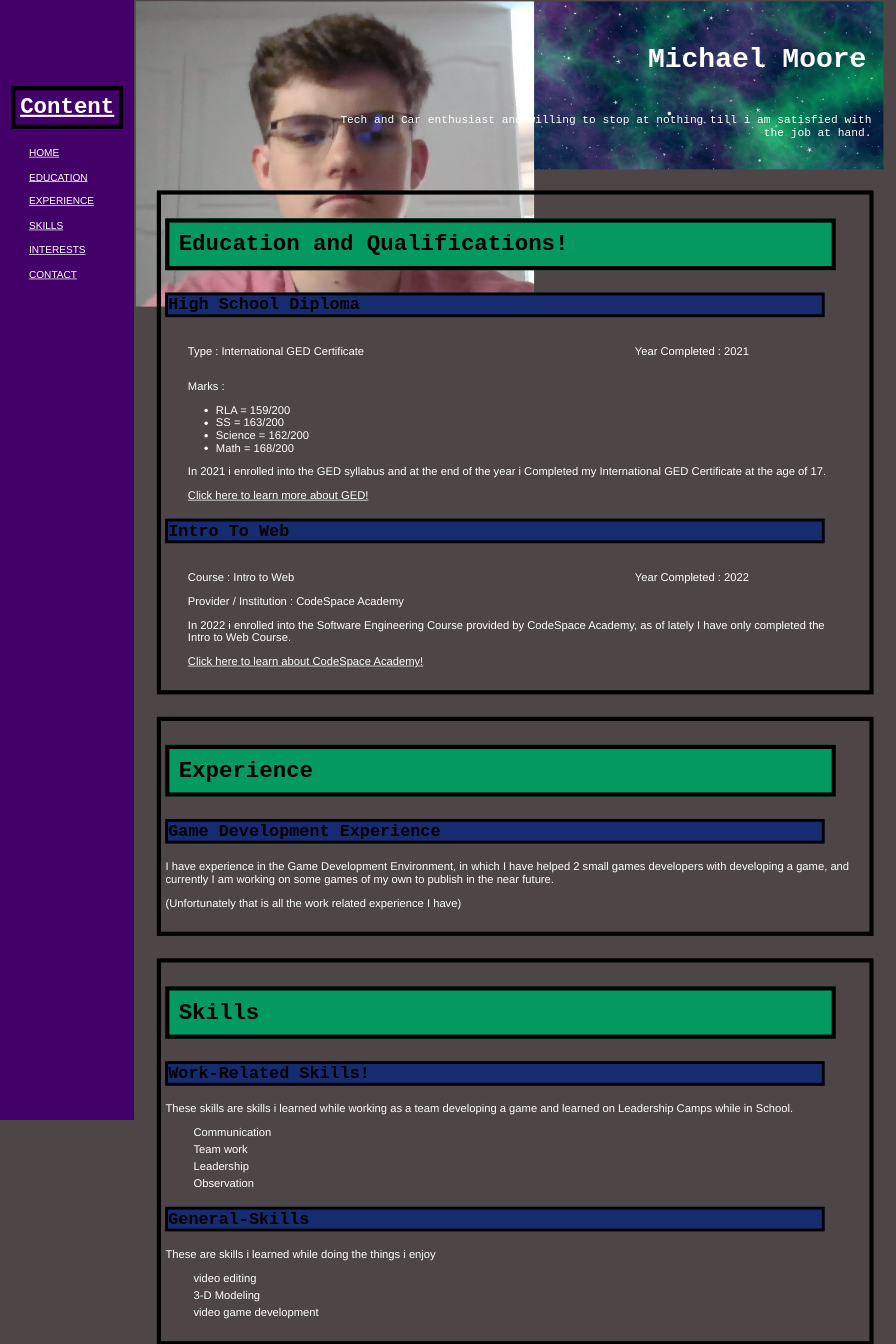
Repository: MikeMoore55/MichaelMooreResumeProject
Page: Resume.html
The author's editor kept a copy of each file at every save. The page is drawn from the files as they stood at one save, then again after the next save.
The browser window is 1280 px wide. The pictures show the part of the page from y = 0 to 1920 px (the page is 2882 px tall), at 70% of full size.

Above is the page before, as saved 2022-02-12 12:23:08.

### Resume.html
<!DOCTYPE html>
<html lang="en">
<head>

    <meta charset="UTF-8">
    <meta http-equiv="X-UA-Compatible" content="IE=edge">
    <meta name="viewport" content="width=device-width, initial-scale=1.0">
    <title>MichaelMooreResume</title>
    <link rel="stylesheet" type="text/css" href="css/stylesheet.css">

</head>

<body>

    <header id="home">

        <img id="profilePic" src="/images/WIN_20220212_12_21_20_Pro (2).jpg" alt="Picture of Michael Moore">

        <h1 id="name">
            Michael Moore
        </h1>

        <p id="personalDiscrition">
            Tech and Car enthusiast and willing to stop at nothing till i am satisfied with the job at hand.
        </p>

    </header>


    <nav>

        <div id="nav-container">

            <h2>
                Content
            </h2>

            <ol id="nav-list">
                <li id="navList-style"><a class="nav-link" href="#home"> HOME</a></li>
                <li id="navList-style"><a class="nav-link" href="#education">EDUCATION</a></li>
                <li id="navList-style"><a class="nav-link" href="#experience">EXPERIENCE</a></li>
                <li id="navList-style"><a class="nav-link" href="#skill">SKILLS</a></li>
                <li id="navList-style"><a class="nav-link" href="#intrest">INTERESTS</a></li>
                <li id="navList-style"><a class="nav-link" href="#contact">CONTACT</a></li>
            </ol>

        </div>

    </nav>


    <section>
        <article>

            <!-- [to michael] this is the education section -->

            <div id="education" class="content-box">

                <h3>
                    Education and Qualifications!
                </h3>

                <h4>
                    High School Diploma
                </h4>

                <div id="highschoolcontent-container">

                    <p id="type-container" > Type : International GED Certificate</p>

                    <p id="year-container" >Year Completed : 2021</p>

                </div>

                <div class="Second-box" > Marks :
                        <ul>
                            <li>RLA = 159/200</li>
                            <li>SS = 163/200</li>
                            <li>Science = 162/200</li>
                            <li>Math = 168/200</li>
                        </ul>
                </div>

                <p class="EducationDescription-container">
                        In 2021 i enrolled into the GED syllabus and at the end of the year i Completed my International GED Certificate at the age of 17.
                </p>

                <p>
                    <a id="GedLink" href="https://ged.com/blog/what-is-a-ged/" target="_blank">Click here to learn more about GED!</a>
                </p>

                <h4>
                    Intro To Web
                </h4>

                <div id="Course-container">

                    <p id="typeCourse-container">Course : Intro to Web</p>
                    <p id="CourseYear-container">Year Completed : 2022</p>

                </div>

                <p class="Second-box">
                    Provider / Institution : CodeSpace Academy
                </p>

                <p class="EducationDescription-container">
                        In 2022 i enrolled into the Software Engineering Course provided by CodeSpace Academy, as of lately I have only completed the Intro to Web Course.
                </p>

                <p>
                    <a id="CodeSpaceLink" href="https://codespace.co.za/course/software-engineering/" target="_blank">Click here to learn about CodeSpace Academy!</a>
                </p>

            </div>

            <!-- [to michael] this is the experience section -->

            <div id="experience" class="content-box">

                <h3>
                    Experience
                </h3>

                <h4>
                        Game Development Experience
                </h4>

                <p>
                I have experience in the Game Development Environment, in which I have helped 2 small games developers with developing a game, and currently I am working on some games of my own to publish in the near future.
                </p>

                <p>
                    (Unfortunately that is all the work related experience I have)
                </p>

            </div>

            <!-- [to michael] this is skills section -->

            <div id="skill" class="content-box">

                <h3>
                    Skills
                </h3>

                <h4>Work-Related Skills!</h4>

                <p>
                    These skills are skills i learned while working as a team developing a game and learned on Leadership Camps while in School.
                    <ul>
                        <li id="skills-List" >Communication</li>
                        <li id="skills-List" >Team work</li>
                        <li id="skills-List" >Leadership</li>
                        <li id="skills-List" >Observation</li>
                    </ul>
                </p>

                <h4>General-Skills</h4>

                <p>
                    These are skills i learned while doing the things i enjoy
                    <ul>
                        <li id="skills-List" >video editing</li>
                        <li id="skills-List" >3-D Modeling</li>
                        <li id="skills-List" >video game development</li>
                    </ul>
                </p>

            </div>

            <!-- [to michael] this is the skills section -->

            <div id="intrest" class="content-box">

                <h3>
                    Interests
                </h3>

                <p>
                    <ul>
                        <li id="intrest-List" >Cars</li>
                        <li id="intrest-List" >Technology</li>
                        <li id="intrest-List" >AI</li>
                        <li id="intrest-List" >Robotics</li>
                        <li id="intrest-List" >Gaming</li>
                        <li id="intrest-List" >Game Development</li>
                    </ul>
                </p>

            </div>
        </article>

    </section>


    <footer id="contact">

        <div id="footerHeadings-container">

            <h5 id="contact-style">Contact me here:</h5>

            <h5 id="social-style">Follow the socials here:</h5>

        </div>

        <div id="contactANDsocialDetails-container">

            <div id="contactDeatils-container">

                <a href="mailto:michaelwillemmoore@gmail.com" target="_blank" >
                <img id="linkImg-mail" src="/images/mail.jpeg.png" alt="email me michaelwillemmoore@gmail.com">
                </a>

                <a href="tel:+27792363841" target="_blank" >
                <img id="linkImg-phone" src="/images/smartphone-5484616.png" alt="phone me 079 236 3841">
                </a>

            </div>

            <div id="socialDetails-container">

                <a href="https://www.instagram.com/the1theonly_michaelmoore/" target="_blank" >
                <img id="linkImg-instagram" src="/images/instagram.jpeg.png" alt="instagram at the1theonly_michaelmoore">
                </a>


                <a href="https://www.linkedin.com/in/michael-moore-66a249231/" target="_blank" >
                <img id="linkImg-linkdin" src="/images/linkden.jpeg.png" alt="linkedin at Michael Moore">
                </a>

            </div>

        </div>

    </footer>

</body>

</html>

### css/stylesheet.css
*{box-sizing: border-box;}

body{
    background-color: rgb(78, 70, 70);
}

header{
    background-image: url(../images/stars-1014109.jpg);
    background-size: cover;
    position: absolute;
    z-index: 0;
    left: 12em;
    top: 0;
    right: 0;
    width: 66.8em;
    height: 15em;
    margin: .1em .1em .1em .1em;
}

#profile-Pic{
    border-radius: 50%;
    width: 5em;
    margin: 2em 2em 2em 2em;
}

#name {
    position: absolute;
    left: 18em;
    top: 0em;
    color: white;
    font-family: 'Courier New', Courier, monospace;
    font-size: 2.5em;
    text-align: right;
    margin: 1em .1em .1em .1em;
    padding: .5em .2em .5em .2em;
}

#personalDiscrition{
    position: absolute;
    left: 17em;
    top: 9.5em;
    color: white;
    font-family: 'Courier New', Courier, monospace;
    font-size: 1em;
    text-align: right;
    margin: .1em .9em .1em .1em;
    padding: .5em .2em .5em .2em;
}


/*the nav-container to shape and size*/
#nav-container{
    background-color: rgb(67, 0, 105);
    position: fixed;
    z-index: 0;
    left: 0;
    top: 0;
    bottom: 0;
    height: 100em;
    width: 12em;
    margin: 0 0 0 0;
    padding: 0 0 0 0;

}

/* heading in nav */
h2{
    position: relative;
    top:3em;
    color: rgb(255, 255, 255);
    font-family: 'Courier New', Courier, monospace;
    font-size: 2em;
    text-align: center;
    margin-bottom: 2em;
    margin-left: .5em;
    margin-right: .5em;
    border: solid 0.2em black;
    padding: .2em .2em .2em .2em;
    text-decoration-line: underline;
}



#nav-list{
    position: relative;
    top: 4em;
    color: white;
    list-style: none;
    font-family: 'Franklin Gothic Medium', 'Arial Narrow', Arial, sans-serif;
    font-size: 0.9em;
    text-align: left;

}

#navList-style {
    margin-bottom: 1.3em;
    margin-right: 3em;
    margin-left: .1em;
    text-align: left;

}

.nav-link{
    color: rgb(255, 255, 255);

}

.nav-link:hover{
    background-color: rgb(250, 250, 250);
    color: rgb(0, 0, 0);
    font-size: 1.5em;
    border: solid 0.1em black;
    padding: .1em .1em .1em .1em;
    margin-right: 1em;
    margin-left: -0.5em;
}

section{
    position: absolute;
    top: 15em;
    left: 12em;
    bottom: 15em;
}

.content-box{
    margin: 2em 2em 2em 2em;
    border: solid .4em black;
    padding: .1em 1em 1em .4em;
}

h3{
    background-color: rgb(4, 153, 96);
    margin: 1em 1em 1em 0;
    padding:.4em .4em .4em .4em;
    border: solid .2em black;
    font-size: 2em;
    font-family: 'Courier New', Courier, monospace;
}

h4{
    background-color: rgb(23, 44, 112);
    margin: 1em 2em 1em 0;
    border: solid .2em black;
    font-family: 'Courier New', Courier, monospace;
    font-size: 1.5em;

}

#GedLink {
    color: white;
    font-family: 'Franklin Gothic Medium', 'Arial Narrow', Arial, sans-serif;
    font-size: 1em;
    margin: 2em;
}

#GedLink:hover{
    background-color: rgb(171, 38, 175);
    color: rgb(245, 245, 245);
    font-size: 1.2em;
    font-family: 'Franklin Gothic Medium', 'Arial Narrow', Arial, sans-serif;
    border: solid 0.1em rgb(255, 253, 253);
    padding: .1em .1em .1em .1em;

}

#CodeSpaceLink{
    color: white;
    font-family: 'Franklin Gothic Medium', 'Arial Narrow', Arial, sans-serif;
    font-size: 1em;
    margin: 2em;
}

#CodeSpaceLink:hover{
    background-color: rgb(171, 38, 175);
    color: rgb(245, 245, 245);
    font-size: 1.2em;
    font-family: 'Franklin Gothic Medium', 'Arial Narrow', Arial, sans-serif;
    border: solid 0.1em rgb(240, 240, 240);
    padding: .1em .1em .1em .1em;
}

#highschoolcontent-container{
    display: flex;
    flex-flow: row wrap;
    color: white;
    font-family: 'Franklin Gothic Medium', 'Arial Narrow', Arial, sans-serif;
    font-size: 1em;
    justify-content: space-between;
}

#type-container{
     flex: 2;
     padding: 1em, 2em, 1em, 2em;
     margin: 1em 2em 1em 2em;
}

#year-container{
    flex: 1;
    padding: 1em, 2em, 1em, 2em;
    margin: 1em 2em 1em 2em;
}
/* this second box is used for the list under "highschool diploma" and "intro to web" under the education part to keep them in line */
.Second-box{
     padding: 1em, 2em, 1em, 2em;
     margin: 1em 2em 1em 2em;
     font-size: 1em;
     font-family: 'Franklin Gothic Medium', 'Arial Narrow', Arial, sans-serif;
     color: white;
}
/* this education description container is used for the list under "highschool diploma" and "intro to web" under the education part because they both contain the same type of info to keep them in line  */
.EducationDescription-container{
    padding: 1em, 2em, 1em, 2em;
    margin: 1em 2em 1em 2em;
    font-size: 1em;
    font-family: 'Franklin Gothic Medium', 'Arial Narrow', Arial, sans-serif;
    color: white;
}

#Course-container{
    display: flex;
    flex-flow: row wrap;
    color: white;
    font-family: 'Franklin Gothic Medium', 'Arial Narrow', Arial, sans-serif;
    font-size: 1em;
    justify-content: space-between;

 }

#CourseYear-container{
    flex: 1;
    padding: 1em, 2em, 0em, 2em;
    margin: 1em 2em 0em 2em;
}

#typeCourse-container{
    flex: 2;
    padding: 1em, 2em, 0em, 2em;
    margin: 1em 2em 0em 2em;
}

p {
    color: white;
    font-family: 'Franklin Gothic Medium', 'Arial Narrow', Arial, sans-serif;
    font-size: 1em;
}

#skills-List{
    list-style: none;
    color: white;
    font-family: 'Franklin Gothic Medium', 'Arial Narrow', Arial, sans-serif;
    font-size: 1em;
    margin-bottom: .4em;
}

#intrest-List {
    list-style: none;
    color: white;
    font-family: 'Franklin Gothic Medium', 'Arial Narrow', Arial, sans-serif;
    font-size: 1em;
    margin-bottom: .6em;
}

footer{
    background-image: url(../images/stars-1014109.jpg);
    background-size: cover;
    position: absolute;
    z-index: 0;
    left: 12em;
    bottom: 0;
    right: 0;
    top: 165em;
    width: 66.8em;
    height: 15em;
    padding: .1em .1em 1em .1em;
    margin: .1em .1em .1em .1em;
}

#footerHeadings-container{
    display: flex;
    flex-flow: row wrap;
}

#contact-style{
    flex: 1;
    color: white;
    text-decoration-line: underline;
    font-family: 'Courier New', Courier, monospace;
    font-size: 100%;
    padding: 1em 2em 1em 2em;
    margin: 1em 3em .3em 1em;
}

#social-style{
    flex: 1;
    color: white;
    text-decoration-line: underline;
    font-family: 'Courier New', Courier, monospace;
    font-size: 100%;
    padding: 1em 2em 1em 2em;
    margin: 1em 1em .3em 16em;
}

#contactANDsocialDetails-container{
    display: flex;
    flex-flow: row wrap;
}

#contactDeatils-container{
    flex: 3;
    display: flex;
    flex-flow: row wrap;
    margin: 0em 1em 0em 1em;
}

#linkImg-mail{
    flex: 1;
    border-radius: 50%;
    width: 5em;
    margin: 2em 2em 2em 2em;
}

#linkImg-phone{
    flex: 2;
    border-radius: 50%;
    width: 5em;
    margin: 2em 2em 2em 2em;
}

#socialDetails-container{
    flex: 2;
    display: flex;
    flex-flow: row wrap;
    margin: 0em 1em 0em 8em;
}

#linkImg-instagram{
    flex: 1;
    border-radius: 50%;
    width: 5em;
    margin: 2em 2em 2em 2em;
}

#linkImg-linkdin{
    flex: 2;
    border-radius: 50%;
    width: 5em;
    margin: 2em 2em 2em 2em;
}

After the next save:
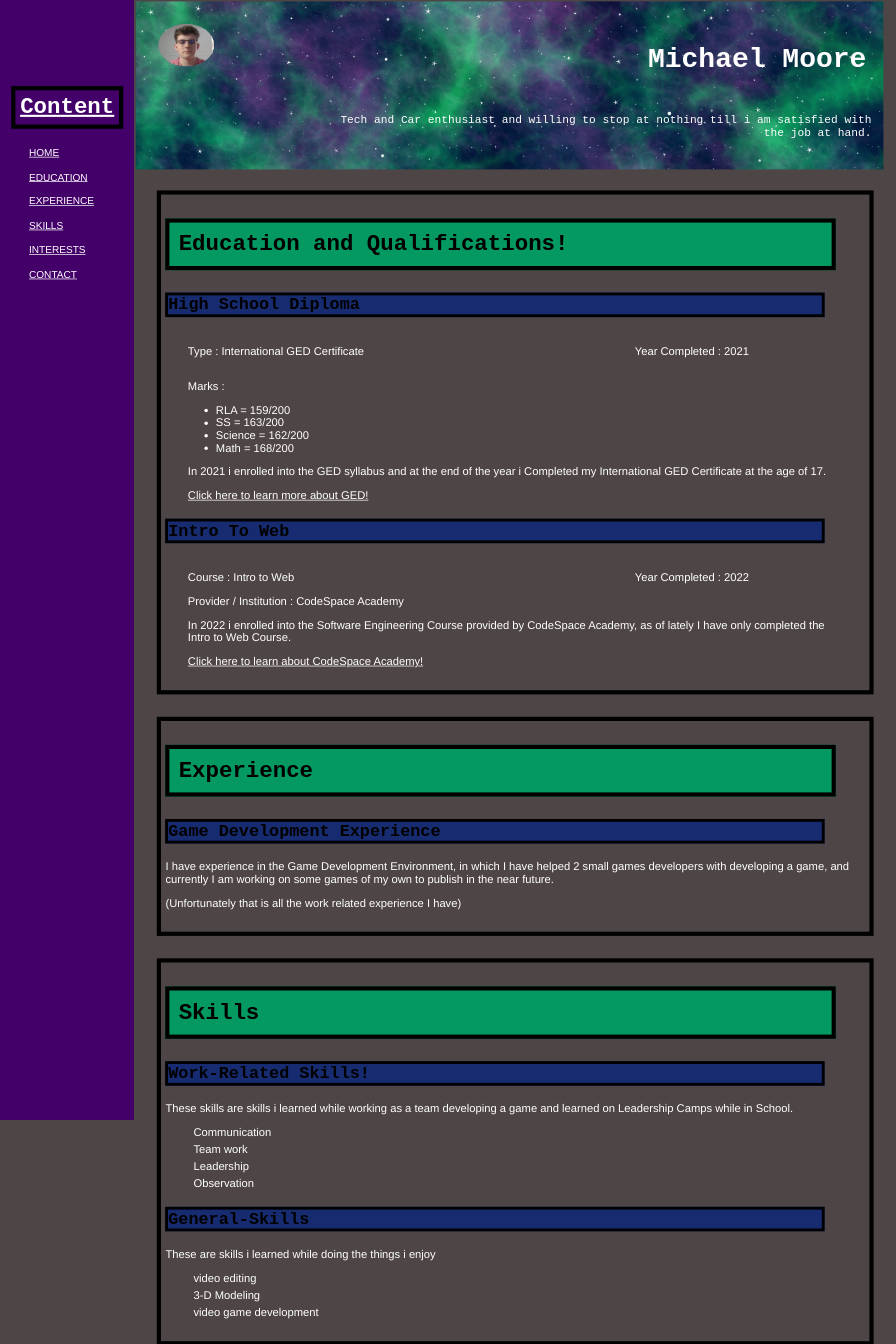
Saved 25 s later.
--- a/css/stylesheet.css
+++ b/css/stylesheet.css
@@ -17,7 +17,7 @@ header{
     margin: .1em .1em .1em .1em;
 }
 
-#profile-Pic{
+#profilePic{
     border-radius: 50%;
     width: 5em;
     margin: 2em 2em 2em 2em;
